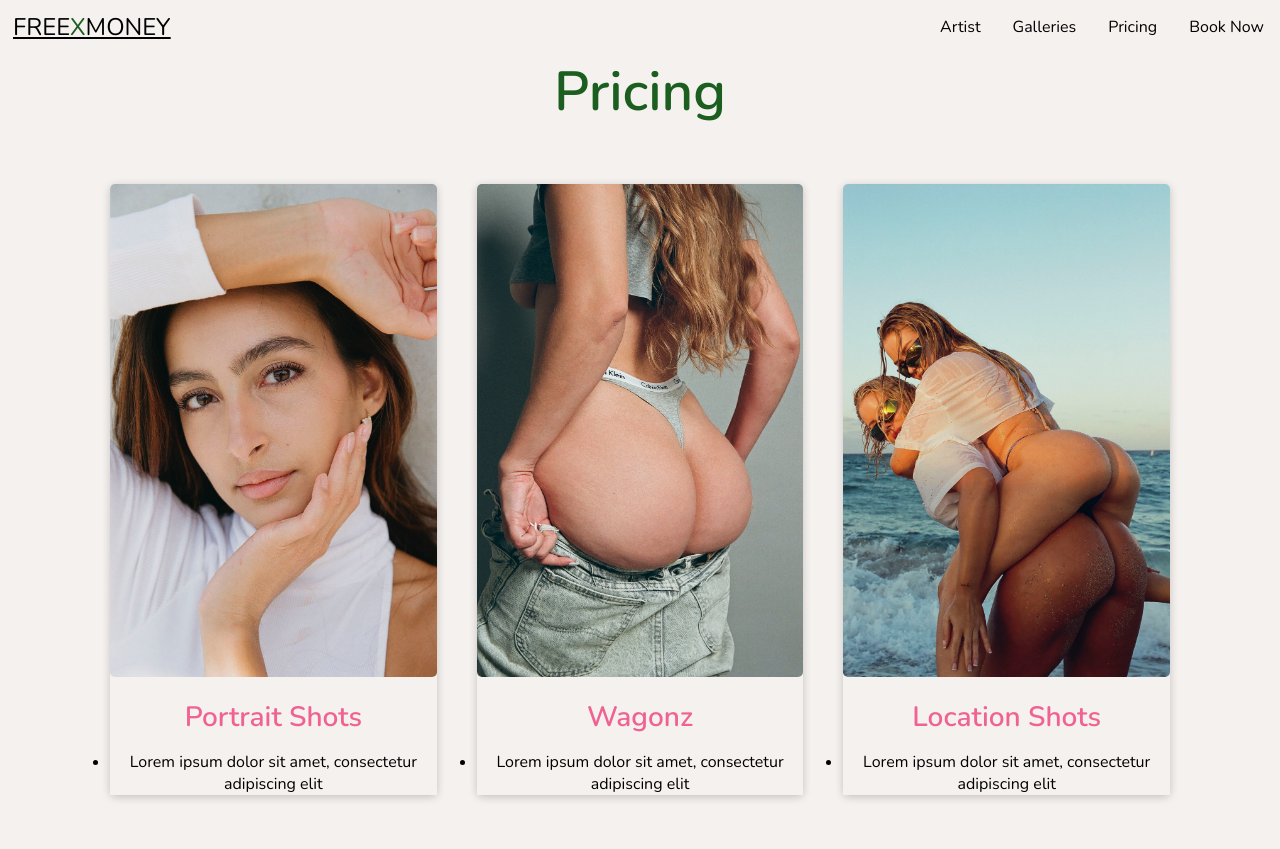
Repository: burntaftermint/freexmoney-draft
Page: pricing.html
An editor plug-in stored every save of this project. The page is shown before and after the next save, followed by the edit.
The browser window is 1280 px wide. The pictures show the whole page.
Some web fonts or font styles are not loaded; a fallback is used.

Above is the page before, as saved 2024-06-06 04:32:23.

### pricing.html
<!DOCTYPE html>
<html lang="en">
<head>
    <meta charset="UTF-8">
    <meta http-equiv="X-UA-Compatible" content="IE=edge">
    <meta name="viewport" content="width=device-width, initial-scale=1.0">
    <script src="script.js" defer></script>
    <title>FREEXMONEY</title>
    <link rel="preconnect" href="https://fonts.googleapis.com">
<link rel="preconnect" href="https://fonts.gstatic.com" crossorigin>
<link href="https://fonts.googleapis.com/css2?family=Architects+Daughter&family=Kumbh+Sans:wght@400;700&family=Montserrat:ital,wght@0,100;0,200;0,300;0,400;0,500;0,600;0,700;0,800;0,900;1,100;1,200;1,300;1,400;1,500;1,600;1,700;1,800;1,900&family=Nunito:wght@300;400;500;600&family=Roboto:wght@300&family=Rubik:wght@400;500;600;700;800&family=Yantramanav:wght@500&display=swap" rel="stylesheet">
    <link rel="stylesheet" type="text/css" href="style.css">
</head>
<body>
    <nav class="navbar">
        <div class="nav-title"><a href="index.html">FREE<span>X</span>MONEY</a>
        </div>
        <a href="#" class="toggle-button">
            <span class="bar"></span>
            <span class="bar"></span>
            <span class="bar"></span>

        </a>
        <div class="navbar-links">
            <ul>
                <li><a href="artist.html">Artist</a></li>
                <li><a href="gallery.html">Galleries</a></li>
                <li><a href="pricing.html">Pricing</a></li>
                <li><a href="home.html">Book Now</a></li>
            </ul>
        </div>
    </nav>
    <h1 class="galleryh1">Pricing</h1>
   <div class="gallery-container">

       <div class="gallery-content-section">
           <div class="gallery-card">
               <img src="images/portraits.JPG" alt="">
               <h2>Portrait Shots</h2>
               <ul>
               <li>Lorem ipsum dolor sit amet, consectetur adipiscing elit</li>
            </ul>
           </div>
           <div class="gallery-card">
            <img src="images/wagonz.JPG" alt="">
            <h2>Wagonz</h2>
            <ul>
                <li>Lorem ipsum dolor sit amet, consectetur adipiscing elit</li>
             </ul>
        </div>
        <div class="gallery-card">
            <img src="images/loacation-shots.JPG" alt="">
            <h2>Location Shots</h2>
            <ul>
                <li>Lorem ipsum dolor sit amet, consectetur adipiscing elit</li>
             </ul>
        </div>

       </div>
   </div>


    </div>
</body>
</html>

### style.css

* {
    margin: 0;
    padding: 0;
    box-sizing: border-box;
    font-family: 'Nunito', sans-serif;
    background-color: #f5f1ef;
}

.container {
    display: flex;
    flex-direction: column;
    justify-content: center;
    align-items: center;
    text-align: center;
    margin: 15px 20px 0 20px;
}

.social-links img {
    width: 50px;

    margin: 20px;
    cursor: pointer;
}

.social-links {
    text-align: center;
}




.container .heading {
    width: 50%;
    padding-bottom: 20px;
}

.container .heading h3 {
    font-size: 3em;
    font-weight: 400;
    border-bottom: 3px solid #1b5e20;

}

.container .heading h3 span {
    color: #1b5e20;
    font-weight: 600;
}

.container .box {
    display: flex;
    flex-direction: row;
    justify-content: space-between;

}

.container .box .row1 {
    display: flex;
    flex-direction: column;
    width: 32.5%;
}

.container .box .row1 img {
    width: 100%;
    padding-bottom: 10px;
    animation: fadeInUp 2s ease;
}

.container .box .row1 img:hover{
    opacity: 0.5;
    transition: 0.2s ease;

}

.container .btn {
    margin: 40px 0 70px 0;
    background: #1b5e20;
    padding: 15px 40px ;
    border-radius: 5px;
}


.container .btn a {
    text-decoration: none;
    background-color: transparent;
    color: #f5f5f5;
    font-weight: bolder;
    letter-spacing: 1px;
}

.container .heading a {
    text-decoration: none;
    color: black;
}
.container .heading a:hover {

    color: #f06292;
}

.container .btn a:hover {
    text-decoration: none;
    background-color: transparent;
    color: #f06292;
    font-weight: bolder;

}

/* gallery css */
.gallery-container {
    width: 100%;
    min-height: 100vh;
    display: flex;
    justify-content: center;
    align-items: center;
    padding: 0px 90px;
}

.gallery-content-section {
    display: flex;
    justify-content: center;
    align-items: center;
    text-align: center;
    animation: fadeInRight 2s ease;
}

.gallery-content-section .gallery-card {
    flex: 1;
    margin: 20px 20px;
    box-shadow: 0px 2px 8px 0px rgba(0,0,0,0.2);
    border-radius: 5px;
}

.gallery-content-section .gallery-card:hover {
    transform: scale(1.2);
}

.gallery-content-section .gallery-card img {
    width: 100%;
    height: auto;
    border-radius: 5px;
}

.gallery-content-section .gallery-card h2 {
    margin: 15px 0px;
    font-size: 28px;
    color: #f06292;
}

.gallery-content-section .gallery-card p {
    font-size: 16px;
    line-height: 1.5;
    padding: 0px 10px;
    margin-bottom: 20px;
}

.galleryh1 {
    text-align: center;
    font-size: 55px;
    color: #1b5e20;
}

/* home css */

.hero {
    background-color: #f5f1ef;
    overflow: hidden;
}

.home-heading h1 {
    color: #1b5e20;
    font-size: 55px;
    text-align: center;
    margin-top: 35px;
    margin-bottom: -30px;
}

.hero-content p {
    font-size: 24px;
    line-height: 1.5;
    margin-bottom: 40px;
    color: rgb(39, 39, 39);
}

.hero-btn {
    display: inline-block;
    background-color: #1b5e20;
    margin-top: -20px;
    padding: 12px 24px;
    border-radius: 5px;
    font-size: 20px;
    border: none;
    cursor: pointer;
    transition: 0.3s ease;
    font-weight: bolder;
    letter-spacing: 1px;
}
.hero-btn a {

    text-decoration: none;
    background-color: transparent;
    color: #f5f5f5;
}
.hero-btn a:hover {

    color: #f06292;
}
.container_home {
    display: flex;
    justify-content: center;
    align-items: center;
    width: 90%;
    margin: 65px auto;
}
.hero-content {
    flex: 1;
    width: 600px;
    margin: 0px 25px;
    animation: fadeInUp 2s ease;
}
.hero-image {
    flex: 1;
    width: 600px;
    margin: auto;
    animation: fadeInRight 2s ease;
}

.hero-content h2 {
    color: #f06292;
    font-size: 38px;
    margin-bottom: 10px;
}

.hero img {
width: 100%;
height: auto;
border-radius: 10px;
}

/* navbar css */
.navbar {
    display: flex;
    justify-content: space-between;
    align-items: center;
    background-color: #f5f1ef;


}

.nav-title {
    background-color: transparent;
    text-decoration: underline;
}
.nav-title a{
    color: black;

}
.nav-title a:hover{
    color: #f06292;
}
.nav-title span{
    background-color: transparent;
    color: #1b5e20;
}

.navbar-links ul {
    margin: 0;
    padding: 0;
    display: flex;
}

.navbar-links li {
    list-style: none;

}

.navbar-links li a {
    text-decoration: none;
    color: black;
    padding: 1rem;
    display: block;



}

.navbar-links li a:hover{
    color: #f06292;
}
.nav-title {
    font-size: 1.5rem;
    margin: .5rem;
    padding-left: 5px;

}

.toggle-button {
    position: absolute;
    top: .75rem;
    right: 1rem;
    display: none;
    flex-direction: column;
    justify-content: space-between;
    width: 30px;
    height: 21px;
}

.toggle-button .bar {
    height: 3px;
    width: 100%;
    background-color: black;
    border-radius: 10px;
}

/* Pricing css */

.pricing-table {
    display: flex;
    flex-direction: row; /* Arrange items vertically */
    align-items: center; /* Center items horizontally */
    justify-content: center; /* Center items vertically */
    min-height: 100vh; /* Set minimum height as 100% of the viewport height */
    max-width: 1600px;
    margin: 0 auto; /* Center the pricing table horizontally */


}

/* Add this style if you want some space between pricing cards */
.pricing-card {
     /* Adjust as needed */
    flex: 1;
    max-width: 360px;
    background-color: #fa7fa8;
    margin: 20px 10px;
    text-align: center;
    cursor: pointer;
    overflow: hidden;
    color: #f5f1ef;
    transition: .3s linear;
    border-radius: 10px;
    padding-bottom: 10px;
    animation: fadeInRight 2s ease;

}

.pricing-card-header {
    background-color: #1b5e20;
    display: inline-block;
    color: #f5f1ef;
    padding: 12px 30px;
    border-radius: 0 0 20px 20px;
    font-size: 16px;
    text-transform: uppercase;
    font-weight: 600;
    transition: .4s linear;

}

.pricing-card li {
    font-size: 20px;
    padding: 10px 0;
    text-transform: uppercase;
}

.pricingh1 {
    margin-top: 50px;
    margin-bottom: -100px;
    text-align: center;
    font-size: 55px;
    color: #1b5e20;
}





.pricing-card li {
    background-color: #fa7fa8;
}
.pricing-card strong {
    background-color: #fa7fa8;
}
.pricing-card sup {
    background-color: #fa7fa8;
}

.price {
    background-color: #fa7fa8;
    font-size: 70px;
    color: #f5f1ef;
    margin: 40px 0;
    transition: .2s linear;
}

.price sup, .price span {
    font-size: 22px;
    font-weight: 700;
}









@media only screen and (max-width: 1000px) {
    .gallery-content-section {
        flex-direction: column;
    }

    .pricing-card {
        flex: 50%;

    }

    .pricing-card-header {
        font-size: 10.5px;
    }

    .price {
        font-size: 45px;
    }

    .pricing-card li {
        font-size: 15px;
    }



}




@media only screen and (max-width: 769px) {
    .container .box {
        flex-direction: column;
    }
    .container .box .row1 {
        width: 100%;
    }
    .home-heading h1 {
        font-size: 45px;
        margin-top: 30px;
    }

    .hero {
        margin: 0px;

    }
    .container_home {
        width: 100%;
        flex-direction: column;
        margin: 0px;
        padding: 0px 40px;

    }
    .hero-content {
        width: 100%;
        margin: 35px 0px;
    }
    .hero-content h2 {
        font-size: 30px;

    }
    .hero-content p {
        font-size: 18px;
        margin-bottom: 20px;
    }
    .hero-btn {
        font-size: 16px;
        padding: 8px 16px;

    }
    .hero-image {
        width: 100%;
    }

    .pricing-card {
        flex: 50%;

    }

    .pricing-card-header {
        font-size: 6px;
    }

    .price {
        font-size: 35px;
    }

    .pricing-card li {
        font-size: 15px;
    }


}






@media only screen and (max-width: 718px) {
    .container .heading {
        width: 100%;

    }

    .container .heading h3 {
        font-size: 2.5em;


    }
}

@media only screen and (max-width: 549px) {
    .toggle-button {
        display: flex;

    }
    .navbar-links {
        display: none;
        width: 100%;

    }
    .navbar {
        flex-direction: column;
        align-items: flex-start;
    }

    .navbar-links ul {
        width: 100%;
        flex-direction: column;
    }

    .navbar-links li {
        text-align: center;
    }

    .navbar-links li a {
        padding: .3rem .7rem;
    }

    .navbar-links.active {
        display: flex;
    }
}

@media only screen and (max-width: 510px) {
    .gallery-card {
        width: 150%;

    }
}

@media only screen and (max-width: 400px) {
    .pricingh1 {
        margin-bottom: -175px;
    }
}

@keyframes fadeInUp {
    0% {
        opacity: 0;
        transform: translateY(50px);
    }
    100% {
        opacity: 1;
        transform: translateY(0px);
    }
}


@keyframes fadeInRight {
    0% {
        opacity: 0;
        transform: translateX(-50px);
    }
    100% {
        opacity: 1;
        transform: translateX(0px);
    }
}

Loaded but not shown: script.js (common file)

After the next save:
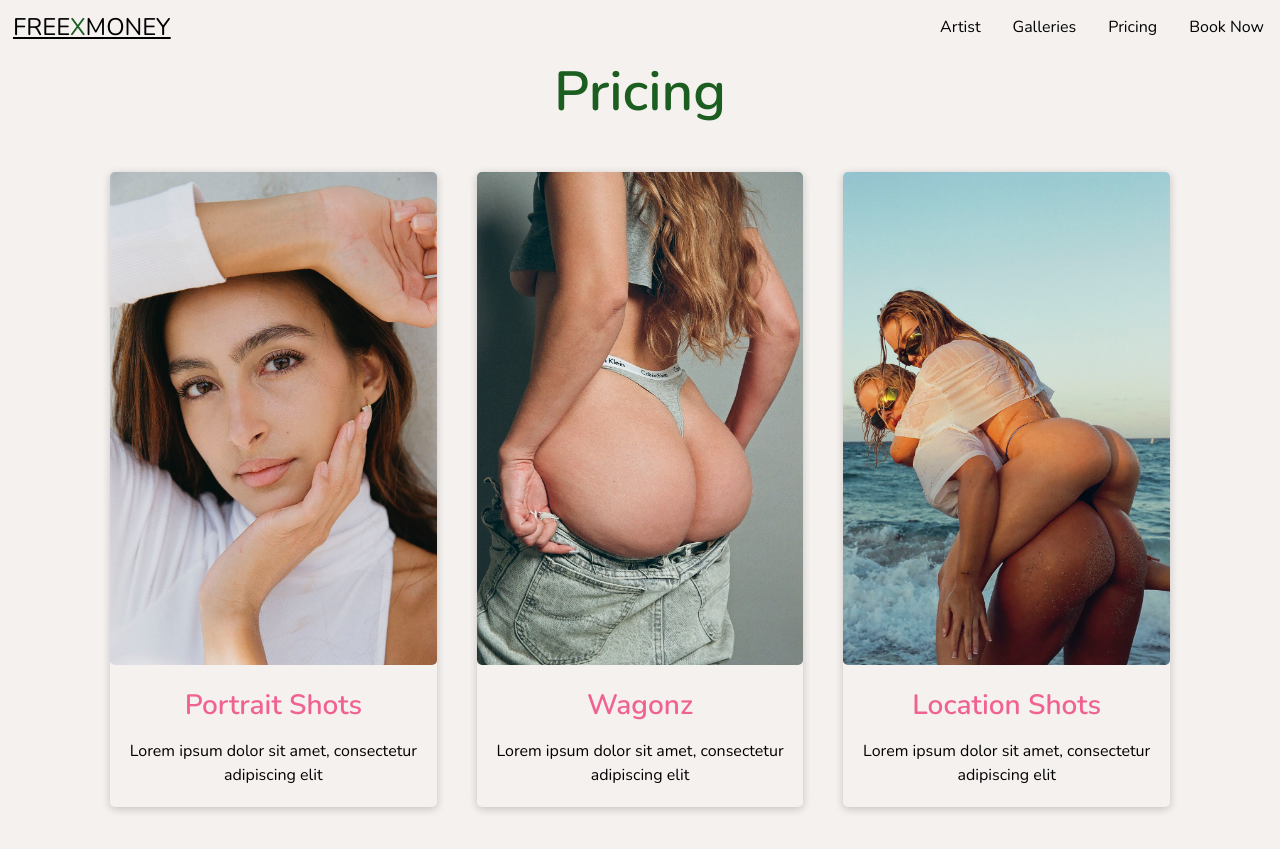
Saved 58 s later.
--- a/pricing.html
+++ b/pricing.html
@@ -37,23 +37,17 @@
            <div class="gallery-card">
                <img src="images/portraits.JPG" alt="">
                <h2>Portrait Shots</h2>
-               <ul>
-               <li>Lorem ipsum dolor sit amet, consectetur adipiscing elit</li>
-            </ul>
+               <p>Lorem ipsum dolor sit amet, consectetur adipiscing elit</p>
            </div>
            <div class="gallery-card">
             <img src="images/wagonz.JPG" alt="">
             <h2>Wagonz</h2>
-            <ul>
-                <li>Lorem ipsum dolor sit amet, consectetur adipiscing elit</li>
-             </ul>
+            <p>Lorem ipsum dolor sit amet, consectetur adipiscing elit</p>
         </div>
         <div class="gallery-card">
             <img src="images/loacation-shots.JPG" alt="">
             <h2>Location Shots</h2>
-            <ul>
-                <li>Lorem ipsum dolor sit amet, consectetur adipiscing elit</li>
-             </ul>
+            <p>Lorem ipsum dolor sit amet, consectetur adipiscing elit</p>
         </div>
 
        </div>
